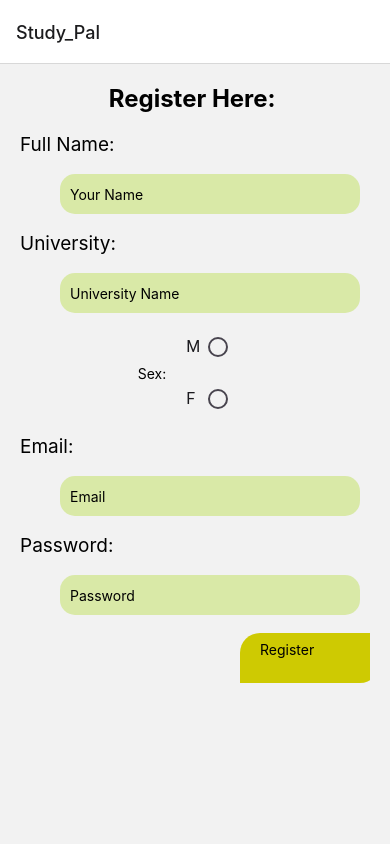
Repository: abdurehmanali611/Study-Pal
Screen: /
An editor plug-in stored every save of this project. The screen is shown before and after the next save, followed by the edit.
The app was drawn by React Native's web renderer in a window 390 px wide. The project was rebuilt for these pictures with package versions that can differ from the ones it lists, and the page was loaded fresh each time. Also part of the build but not shown: Front_Pages/Home.js, Screens/Softwareeng.js, Screens/Computersci.js, Screens/Informationsci.js, Screens/Informationtech.js, Screens/Softwarecards.js, Screens/Computercards.js, Screens/Sciencecards.js and 4 more.

Above is the screen before, as saved 2024-01-23 22:27:04.

After the next save:
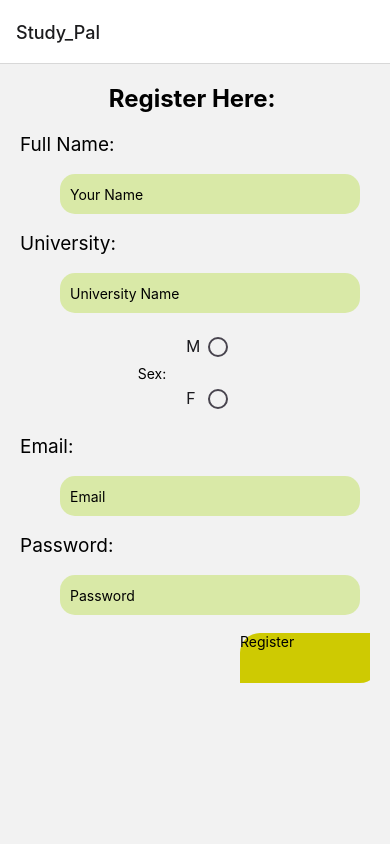
Saved 23 s later.
--- a/Front_Pages/Sign_Up.js
+++ b/Front_Pages/Sign_Up.js
@@ -151,8 +151,6 @@ const styles = StyleSheet.create ({
       backgroundColor: randomRGB(),
       height: 50,
       width: 140,
-      paddingLeft: 20,
-      paddingTop: 8,
       marginVertical: 10 ,
       borderTopLeftRadius: 20,
       borderBottomRightRadius: 20
